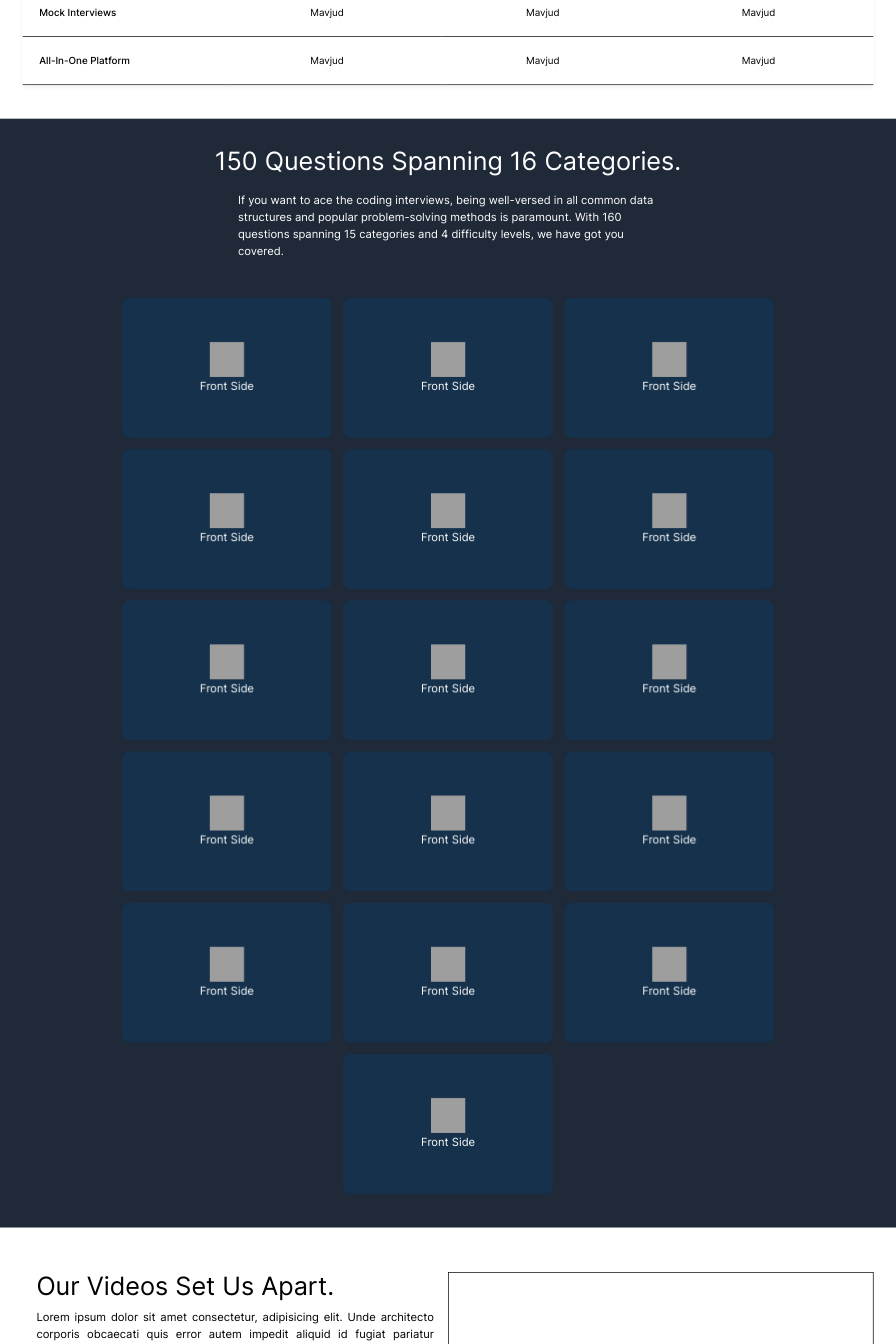
Repository: om1ars/Xjkey
Page: /
An editor plug-in stored every save of this project. The page is shown before and after the next save, followed by the edit.
The browser window is 1280 px wide. The pictures show the part of the page from y = 1572 to 3492 px (the page is 3997 px tall), at 70% of full size.
Pictures or frames that could not be fetched are drawn as grey boxes. The project was rebuilt for these pictures with package versions that can differ from the ones it lists, and the page was loaded fresh each time. The framework's server and built-in components were replaced by stand-ins that run in the browser. Also part of the build but not shown: next.config.js.

Above is the page before, as saved 2022-03-19 19:26:03.

### src/pages/_app.tsx
import "@/css/fonts.css";
// Import Swiper styles
import "swiper/css";
import "swiper/css/free-mode";
import "swiper/css/scrollbar";
import "swiper/css/navigation";
//
import "@/css/main.scss";
import type { AppProps } from "next/app";
import { ThemeProvider } from "next-themes";
import { Header } from "@/components/Header";
import DefaultLayout from "@/layouts/DefaultLayout";
import Head from "next/head";

function MyApp({ Component, pageProps }: AppProps) {
  return (
    <>
      <Head>
        <link
          rel="stylesheet"
          href="https://cdn.jsdelivr.net/gh/devicons/devicon@latest/devicon.min.css"
        />
      </Head>
      <ThemeProvider attribute="class" defaultTheme="system">
        <DefaultLayout>
          <Component {...pageProps} />
        </DefaultLayout>
      </ThemeProvider>
    </>
  );
}

export default MyApp;

### src/pages/_document.tsx
import NextDocument, {
  Html,
  Head,
  Main,
  NextScript,
  DocumentContext,
} from 'next/document';

export default class Document extends NextDocument {
  static async getInitialProps(ctx: DocumentContext) {
    const initialProps = await NextDocument.getInitialProps(ctx);
    return { ...initialProps };
  }

  render() {
    return (
      <Html lang='en' className='dark'>
        <Head>
          <link href='/favicons/site.webmanifest' rel='manifest' />
          <link href='/favicons/favicon.ico' rel='shortcut icon' />
          <link
            href='/favicons/apple-touch-icon.png'
            rel='apple-touch-icon'
            sizes='180x180'
          />
          <link
            href='/favicons/favicon-32x32.png'
            rel='icon'
            sizes='32x32'
            type='image/png'
          />
          <link
            href='/favicons/favicon-16x16.png'
            rel='icon'
            sizes='16x16'
            type='image/png'
          />
          <link
            rel='mask-icon'
            href='/favicons/safari-pinned-tab.svg'
            color='#6366f1'
          />
          <meta content='#ffffff' name='theme-color' />
          <meta content='#ffffff' name='msapplication-TileColor' />
          <meta
            content='/favicons/browserconfig.xml'
            name='msapplication-config'
          />
        </Head>
        <body className='dark:highlight-white/5 bg-neutral-100 text-slate-900 antialiased dark:bg-gray-800 dark:text-white'>
          <Main />
          <NextScript />
        </body>
      </Html>
    );
  }
}

### src/pages/index.tsx
import React from "react";
import SEO from "@/components/SEO";
import AboutUs from "@/components/HomeComponents/AboutUs";
import Hero from "@/components/HomeComponents/Hero";
import AlgoFlipCard from "@/components/HomeComponents/FlipCard";
import VideosComponents from "@/components/HomeComponents/VideosComponents";
import CompareTable from "@/components/HomeComponents/CompareTable";
import { WhyUs } from "@/components/HomeComponents/WhyUs";
export default function Home() {
  return (
    <>
      <SEO />
      <Hero
        title=" The ultimate resource to prepare for coding interviews."
        subtitle="Everything you need, in one streamlined platform"
      />
      <main className="mx-auto max-w-screen-xl px-6 sm:px-8">
        <div className="mt-16 space-y-20">
          <WhyUs />
        </div>
      </main>
      <main
        className="mx-auto max-w-screen-xl px-6 sm:px-8 "
        id="video-explanation"
      >
        <div className="mt-16 space-y-20">
          <CompareTable />
        </div>
      </main>
      <div className="mt-10 " id="flipCard">
        <AlgoFlipCard />
      </div>
      <main
        className="mx-auto max-w-screen-xl px-6 sm:px-8 "
        id="video-explanation"
      >
        <div className="mt-16 space-y-20">
          <VideosComponents />
        </div>
      </main>
    </>
  );
}

### src/css/fonts.css
@font-face {
  font-family: "Inter var";
  font-weight: 100 900;
  font-display: swap;
  font-style: normal;
  font-named-instance: "Regular";
  src: url("../fonts/Inter-roman-latin.var.woff2") format("woff2");
}

@font-face {
  font-family: "Inter var";
  font-weight: 100 900;
  font-display: swap;
  font-style: italic;
  font-named-instance: "Italic";
  src: url("../fonts/Inter-italic-latin.var.woff2") format("woff2");
}

### src/css/main.scss
@tailwind base;
@tailwind components;
@tailwind utilities;
@import "./flip-card.scss";
@layer base {
  .dark {
    color-scheme: dark;
  }
}

/* styling Swiper default navigations elements */
.swiper-button-next {
  background-color: theme("colors.white");
  height: 40px;
  width: 40px;
  border-radius: 100px;
  box-shadow: theme("boxShadow.lg");
  transition: all;
  transition-duration: 150ms;
}

html.dark .swiper-button-next {
  background-color: theme("colors.mainBg");
}

.swiper-button-next:hover {
  background-color: theme("colors.mainBg");
}

html.dark .swiper-button-next:hover {
  background-color: theme("colors.mainBg");
}

.swiper-button-next::after {
  color: black;
  font-size: 1rem;
  font-weight: bold;
}
html.dark .swiper-button-next::after {
  color: theme("colors.white");
}

.swiper-button-prev {
  background-color: theme("colors.white");
  height: 40px;
  width: 40px;
  border-radius: 100px;
  box-shadow: theme("boxShadow.lg");
  transition: all;
  transition-duration: 150ms;
}

html.dark .swiper-button-prev {
  background-color: theme("colors.mainBg");
}

.swiper-button-prev:hover {
  background-color: theme("colors.mainBg");
}

html.dark .swiper-button-prev:hover {
  background-color: theme("colors.mainBg");
}

.swiper-button-prev::after {
  color: black;
  font-size: 1rem;
  font-weight: bold;
}
html.dark .swiper-button-prev::after {
  color: theme("colors.white");
}

html.dark .swiper-scrollbar {
  background: rgb(255, 255, 255, 0.2);
}
html.dark .swiper-scrollbar-drag {
  background: rgb(255, 255, 255, 0.6);
}
/* end of styling Swiper default navigations elements */

.front_main_drop:hover .front_sub_drop {
  display: block;
}
.back_main_drop:hover .back_sub_drop {
  display: block;
}

### src/layouts/DefaultLayout.tsx
import Footer from "@/components/Footer";
import { Header } from "@/components/Header";
import React, { FC } from "react";

export default function DefaultLayout({ children }: any) {
  return (
    <div>
      <Header />
      <main>{children}</main>
      <Footer />
    </div>
  );
}

### src/components/SEO.tsx
import React from "react";
import Head from "next/head";

const defaultMeta = {
  title: "Job Seeking Landing Page - Miad V",
  description: "Exprimental Project",
};

const SEO: React.FC<any> = ({ children, ...customMeta }) => {
  const meta = {
    ...defaultMeta,
    ...customMeta,
  };
  return (
    <Head>
      <meta name="robots" content="noindex" />
      <title>{meta.title}</title>
      <meta name="description" content={meta.description} />
    </Head>
  );
};

export default SEO;

### src/components/HomeComponents/VideosComponents.tsx
import React from "react";
import {GiGalaxy} from 'react-icons/gi'
export default function VideosComponents() {
  return (
    <div className="flex justify-between text-justify sm:flex-col  md:flex-col lg:flex-row">
      <div className="w-6/12 pl-5 pr-5">
        <div>
          <h1 className="mb-3 text-4xl text-black">Our Videos Set Us Apart.</h1>
          <p>
            Lorem ipsum dolor sit amet consectetur, adipisicing elit. Unde
            architecto corporis obcaecati quis error autem impedit aliquid id
            fugiat pariatur doloremque, delectus voluptatibus maiores odit ipsa
            aspernatur dolorem quo non.
          </p>
        </div>
        <div className="mt-12 flex sm:flex-col md:flex-col lg:flex-row">
          <div className="mr-10 ">
            <div className="mb-3 text-2xl  text-black flex">
              <h3 className="">Conceptual Overview</h3>
            </div>
            <p>
              Lorem ipsum dolor sit amet, consectetur adipisicing elit. Quos
              beatae culpa eveniet error, nesciunt quo veritatis nihil debitis
              numquam enim totam dolorum esse perspiciatis incidunt labore,
              alias voluptatibus molestiae dignissimos!
            </p>
          </div>
          <div>
            <h3 className="mb-3 text-2xl text-black">
              <span>Code Walkthrough</span>
              <span></span>
            </h3>
            <p>
              Lorem ipsum dolor sit amet, consectetur adipisicing elit. Quos
              beatae culpa eveniet error, nesciunt quo veritatis nihil debitis
              numquam enim totam dolorum esse perspiciatis incidunt labore,
              alias voluptatibus molestiae dignissimos!
            </p>
          </div>
        </div>
      </div>
      <div className="w-6/12 border"></div>
    </div>
  );
}

### src/components/HomeComponents/WhyUs.tsx
import React from "react";
import Image from "next/image";
import Link from "next/link";
import { FreeMode, Mousewheel, Navigation, Scrollbar } from "swiper";
import { Swiper, SwiperSlide } from "swiper/react";
import { Button } from "@/components/Button";
import { Chip } from "@/components/Chip";

// const featuredJobsCategories = [
//   "Sales (Corporate, Real Estate, Telesales, etc.)",
//   "Customer Service",
//   "Other",
//   "Creative Writing",
//   "Project Management",
//   "Marketing - Digital",
//   "IT - Software Development",
//   "Human Resources",
//   "Accounting & Finance",
// ];

const whyusItems = [
  {
    companyName: "160+ hand-picked questions",
    jobTitle: "Algorithms for Interview",
    href: "algoFlip",
    image: "/img/01.jpg",
  },
  {
    companyName: "200+ templates, clones and more...",
    jobTitle: " Advanced languages",
    image: "/img/02.jpg",
  },
  {
    companyName: "100+ hourse video explanation",
    jobTitle: "Online lessons",
    image: "/img/03.jpg",
    href: "video-explanation",
  },
  {
    companyName: "Feature-Rich Coding Workspace",
    jobTitle: "Enviromental editor",
    image: "/img/04.jpg",
  },
  {
    companyName: "Mock interviews",
    jobTitle: "Couch meeting",
    image: "/img/05.jpg",
  },
  {
    companyName: "Space-Time Complexity Analyses",
    jobTitle: "How to solve algorithms",
    image: "/img/06.jpg",
  },
  {
    companyName: "Achievements",
    jobTitle: "Online Sertificates",
    image: "/img/07.jpg",
  },
];

export const WhyUs = () => {
  return (
    <section id="why-us">
      <div className="mb-4 flex items-center justify-between">
        <h2 className="text-2xl font-bold">Why EzCode?</h2>
      </div>
      <div id="featured-jobs__categories" className="mb-4">
        {/* <Swiper
          modules={[FreeMode, Scrollbar, Mousewheel]}
          direction="horizontal"
          freeMode={true}
          mousewheel={true}
          scrollbar={{ draggable: true, hide: true }}
          slidesPerView="auto"
          spaceBetween={8}
          id="featured-jobs__categories__slider"
          className="!py-4"
        >
          <SwiperSlide className="!w-auto">
            <Chip label="all" active />
          </SwiperSlide>
          {featuredJobsCategories.map((item, i) => (
            <SwiperSlide key={i} className="!w-auto">
              <Chip label={item} />
            </SwiperSlide>
          ))}
        </Swiper> */}
      </div>
      {/* !-m-4 to fix box-shadow cropping due to overflow:hidden */}
      <div id="featured-jobs__items" className="!-m-4">
        <Swiper
          className="!p-4" // !p-4 to fix box-shadow cropping due to overflow:hidden
          modules={[Navigation]}
          navigation
          spaceBetween={20}
          slidesPerView={1}
          breakpoints={{
            "475": {
              slidesPerView: 2,
            },
            "640": {
              slidesPerView: 3,
            },
            "1024": {
              slidesPerView: 4,
            },
          }}
        >
          {whyusItems.map((item, i) => (
            <SwiperSlide key={i}>
              <a>
                <a
                  href={`#${item.href}`}
                  id={item.href}
                  className="group block overflow-hidden rounded bg-white transition-all duration-150 hover:-translate-y-1 hover:shadow-lg dark:border-slate-800 dark:bg-slate-700"
                >
                  <div className="relative block overflow-hidden  pt-[70%]">
                    <Image
                      src={item.image}
                      alt={item.companyName}
                      layout="fill"
                      objectFit="cover"
                      className="transition-all duration-200 group-hover:scale-[102%]"
                    />
                  </div>

                  <div className="flex flex-col border-t p-4 dark:border-slate-600">
                    <h5 className="block truncate text-xl font-semibold capitalize">
                      {item.jobTitle}
                    </h5>
                    <span className="block truncate text-slate-500 dark:text-slate-400">
                      {item.companyName}
                    </span>
                  </div>
                </a>
              </a>
            </SwiperSlide>
          ))}
        </Swiper>
      </div>
    </section>
  );
};

### src/css/flip-card.scss
.algo_flip_card_container {
  width: 100%;
  padding: 40px;
  height: 100%;
  background: #1f2937;
  //   display: flex;
  justify-content: center;
  align-items: center;
}
.services-box {
  display: flex;
  justify-content: center;
  align-items: center;
  flex-wrap: wrap;
}

.service {
  margin: 8px;
}

.flip-box {
  background-color: transparent;
  width: 300px;
  height: 200px;
  //   border: 1px solid #15314b;
  border-radius: 10px;
  perspective: 1000px;
}

.flip-box-inner {
  position: relative;
  width: 100%;
  height: 100%;
  text-align: center;
  transition: transform 0.4s;
  transform-style: preserve-3d;

  display: flex;
  justify-content: center;
  align-items: center;
}

.flip-box:hover .flip-box-inner {
  transform: rotateY(180deg);
}

.flip-box-front,
.flip-box-back {
  position: absolute;
  width: 100%;
  height: 100%;
  -webkit-backface-visibility: hidden;
  backface-visibility: hidden;

  display: flex;
  justify-content: center;
  align-items: center;
  flex-direction: column;
}

.flip-box-front {
  background-color: #15314b;
  color: white;
  border-radius: 10px;
}

.flip-box-front img {
  height: 50px;
  width: 50px;
}

.flip-box-back {
  background-color: #15314b;
  color: white;
  transform: rotateY(180deg);
  border-radius: 10px;
  padding: 16px;
}

### src/components/Footer.tsx
import Link from "next/link";
import React from "react";

export default function Footer() {
  return (
    <div>
      <div className="bg-darkBg text-whiteBg flex flex-col items-center justify-center pl-48 pr-48 pt-16 pb-10">
        <div className="sm:flex sm:flex-wrap md:flex md:flex-wrap lg:flex ">
          <div className="ml-4 flex ">
            <span className="mr-2 ml-2">
              <Link href="/help">Contact us</Link>
            </span>
            <div className=" ml-2 w-0.5 bg-gray-500"></div>
          </div>
          <div className="ml-4 flex ">
            <span className="mr-2 ml-2">FAQ</span>
            <div className=" ml-2 w-0.5 bg-gray-500"></div>
          </div>
          <div className="ml-4 flex ">
            <span className="mr-2 ml-2">Reviews</span>
            <div className=" ml-2 w-0.5 bg-gray-500"></div>
          </div>
          <div className="ml-4 flex ">
            <span className="mr-2 ml-2">Blog</span>
            <div className=" ml-2 w-0.5 bg-gray-500"></div>
          </div>
          <div className="ml-4 flex ">
            <span className="mr-2 ml-2">Jobs</span>
            <div className=" ml-2 w-0.5 bg-gray-500"></div>
          </div>
          <div className="ml-4 flex ">
            <span className="mr-2 ml-2 ">Legal stuff</span>
          </div>
        </div>
        <div className="mt-6">
          <span>Copyright © 2017-2022 EzCode LLC. All rights reserved.</span>
        </div>
      </div>
    </div>
  );
}

### src/components/Button/index.tsx
import React, { forwardRef } from "react";
import { __DEV__ } from "@/utils/assertions";

type BaseButtonProps = Omit<React.HTMLProps<HTMLButtonElement>, "size">;

/* === Button Element === */

export interface ButtonProps extends BaseButtonProps {
  children: React.ReactNode;
  fullWidth?: boolean;
  className?: string;
  variant?: "solid" | "outline" | "ghost";
  size?: "sm" | "md" | "lg";
  as?: string;
  isExternal?: boolean;
  type?: "button" | "submit" | "reset";
}

export const Button = forwardRef<HTMLButtonElement, ButtonProps>(
  (
    {
      children,
      variant = "solid",
      size = "md",
      fullWidth = false,
      className,
      as = "button",
      isExternal = false,
      ...rest
    },
    ref
  ) => {
    let tempClassNames: string[] = [];

    const sharedClasses = [
      "capitalize",
      "focus:outline-none",
      "focus:ring-2",
      "focus:ring-sky-400",
      "focus:ring-offset-2",
      "focus:ring-offset-sky-50",
      "font-semibold",
      "rounded-full",
      "inline-flex",
      "flex-shrink-0",
      "items-center",
      "justify-center",
      "transition-colors",
      "ease-in-out",
      "duration-500",
    ];

    if (fullWidth) sharedClasses.push("w-full");

    // handle variants
    let btnSolid = ["bg-sky-600", "hover:bg-sky-700", "text-white"];
    let btnOutline = [
      "dark:text-white",
      "hover:text-sky-700",
      "hover:dark:text-sky-700",
      "bg-transparent",
      "hover:bg-sky-50",
      "border",
      "border-sky-600",
    ];
    let btnGhost = [
      "bg-transparent",
      "dark:text-white",
      "hover:bg-sky-50",
      "hover:text-sky-700",
      "hover:dark:text-sky-700",
    ];

    if (variant === "solid") {
      tempClassNames = [...sharedClasses, ...btnSolid];
    } else if (variant === "outline") {
      tempClassNames = [...sharedClasses, ...btnOutline];
    } else if (variant === "ghost") {
      tempClassNames = [...sharedClasses, ...btnGhost];
    }

    // handle sizes
    let sizeSm = ["h-8", "px-2", "text-sm"];
    let sizeMd = ["h-10", "px-3"];
    let sizeLg = ["h-12", "px-4", "text-lg"];

    if (size === "sm") {
      tempClassNames = [...tempClassNames, ...sizeSm];
    } else if (size === "md") {
      tempClassNames = [...tempClassNames, ...sizeMd];
    } else if (size === "lg") {
      tempClassNames = [...tempClassNames, ...sizeLg];
    }

    let classes = tempClassNames.join(" ");

    let Element = as ? (
      React.createElement(
        as,
        {
          className: `${classes} ${className}`,
          target: isExternal ? "_blank" : undefined,
          rel: isExternal ? "noopener noreferrer" : undefined,
          ref,
          ...rest,
        },
        children
      )
    ) : (
      <button {...rest} className={`${classes} ${className}`} ref={ref}>
        {children}
      </button>
    );

    return Element;
  }
);

if (__DEV__) {
  Button.displayName = "Button";
}

/* === IconButton Element === */

export interface IconButtonProps extends ButtonProps {
  icon?: React.ReactElement;
  "aria-label": string;
}

export const IconButton = forwardRef<HTMLButtonElement, IconButtonProps>(
  (
    {
      children,
      icon,
      className,
      "aria-label": ariaLabel,
      size = "md",
      ...rest
    },
    ref
  ) => {
    let sharedClasses = ["rounded-full", "!px-0"];

    // handle sizes
    let sizeSm = ["w-8"];
    let sizeMd = ["w-10"];
    let sizeLg = ["w-12"];

    if (size === "sm") {
      sharedClasses = [...sharedClasses, ...sizeSm];
    } else if (size === "md") {
      sharedClasses = [...sharedClasses, ...sizeMd];
    } else if (size === "lg") {
      sharedClasses = [...sharedClasses, ...sizeLg];
    }

    /**
     * Passing the icon as prop or children should work
     */
    const element = icon || children;
    const _children = React.isValidElement(element)
      ? React.cloneElement(element as any, {
          "aria-hidden": true,
          focusable: false,
        })
      : null;

    let classes = sharedClasses.join(" ");
    return (
      <Button
      className={`${classes} ${className}`}
        aria-label={ariaLabel}
        size={size}
        {...rest}
        ref={ref}
      >
        {_children}
      </Button>
    );
  }
);

if (__DEV__) {
  IconButton.displayName = "IconButton";
}

### src/components/Logo.tsx
import clsx from "clsx";
import React from "react";

export default function Logo() {
  return (
    <span
      className={clsx(
        "bg-gradient-to-r from-fuchsia-800 via-purple-600 to-indigo-800 bg-clip-text align-middle text-3xl font-black tracking-widest text-transparent"
      )}
    >
      HIREDLi
    </span>
  );
}

### src/utils/assertions.ts
export const __DEV__ = process.env.NODE_ENV !== "production";

Loaded but not shown: tailwind.config.js (27 lines, source omitted); src/components/Header.tsx (405 lines, source omitted); src/components/HomeComponents/CompareTable.tsx (234 lines, source omitted); src/components/HomeComponents/FlipCard.tsx (283 lines, source omitted); src/components/HomeComponents/AuthenticationDialog.tsx (206 lines, source omitted); src/components/ThemeToggle.tsx (220 lines, source omitted); src/components/HomeComponents/Hero.tsx (167 lines, source omitted)

After the next save:
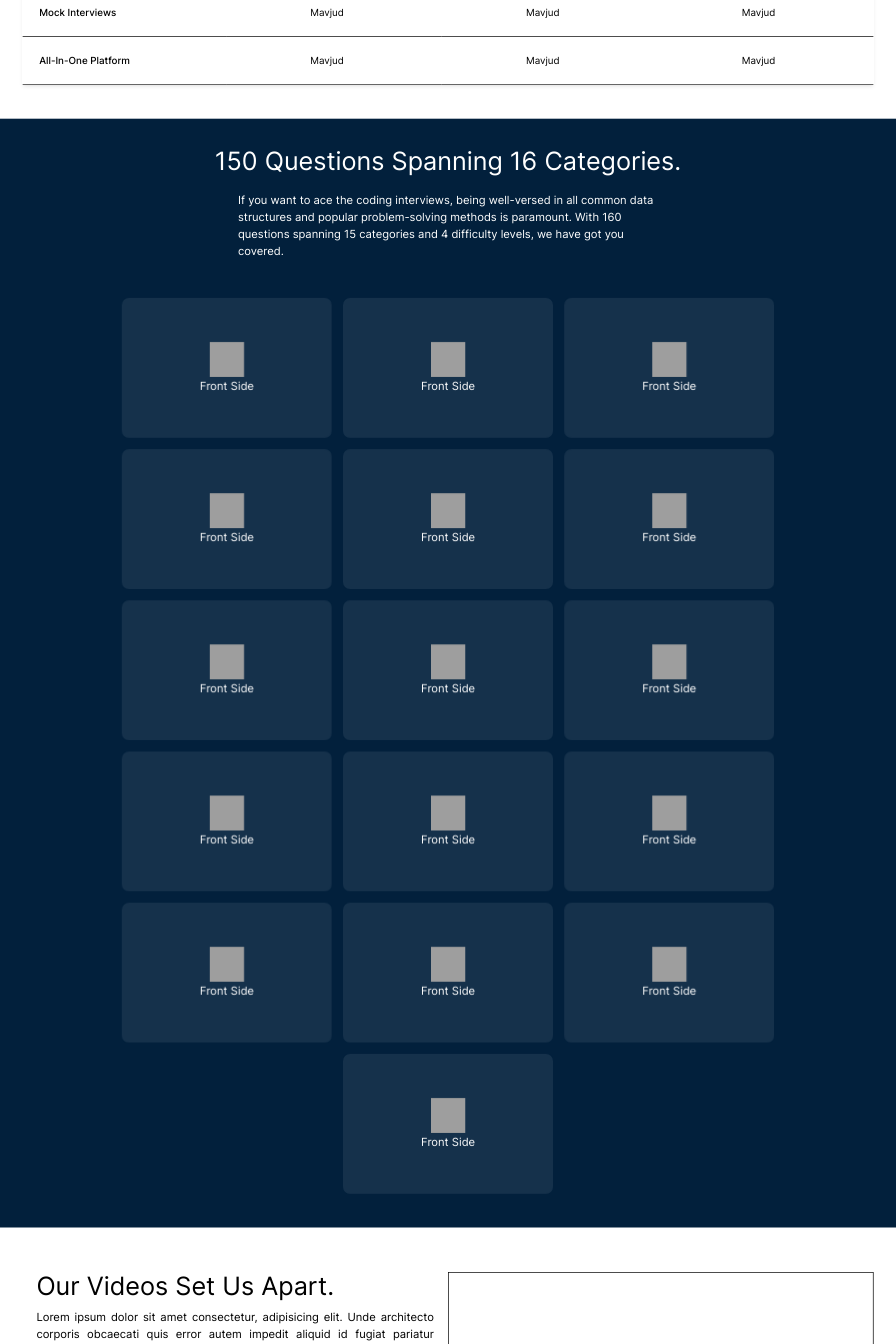
Saved 39 s later.
--- a/src/css/flip-card.scss
+++ b/src/css/flip-card.scss
@@ -2,7 +2,7 @@
   width: 100%;
   padding: 40px;
   height: 100%;
-  background: #1f2937;
+  background: #02203C;
   //   display: flex;
   justify-content: center;
   align-items: center;
